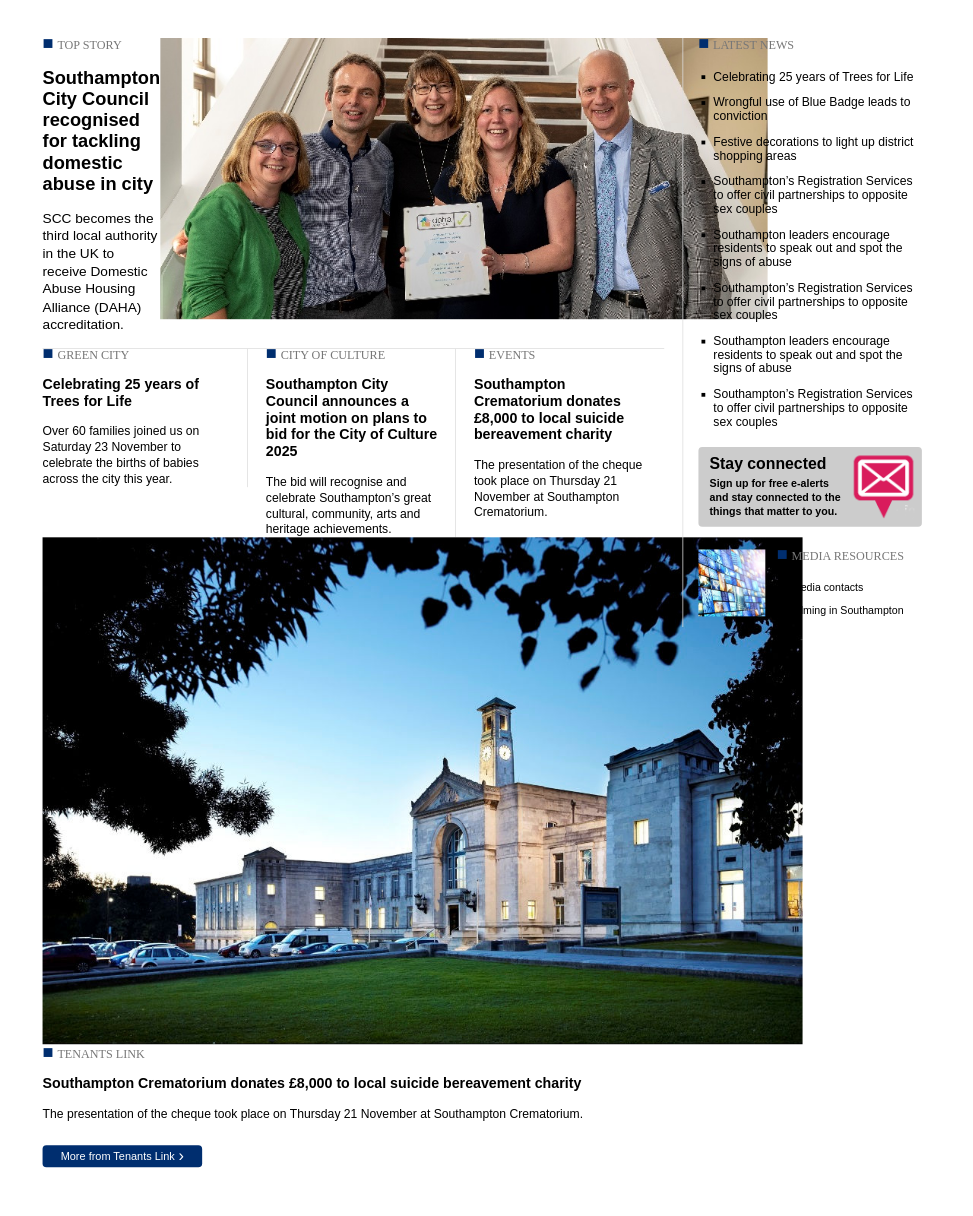
Repository: Domehead123/newspage
Page: news.html
The author's editor kept a record of every edit. The page is drawn from the files as they stood at one moment, then again after the next edit.
The browser window is 1280 px wide. The pictures show the whole page, at 76% of full size.
Some web libraries are served in a nearby version.

Above is the page before.

After the next edit:
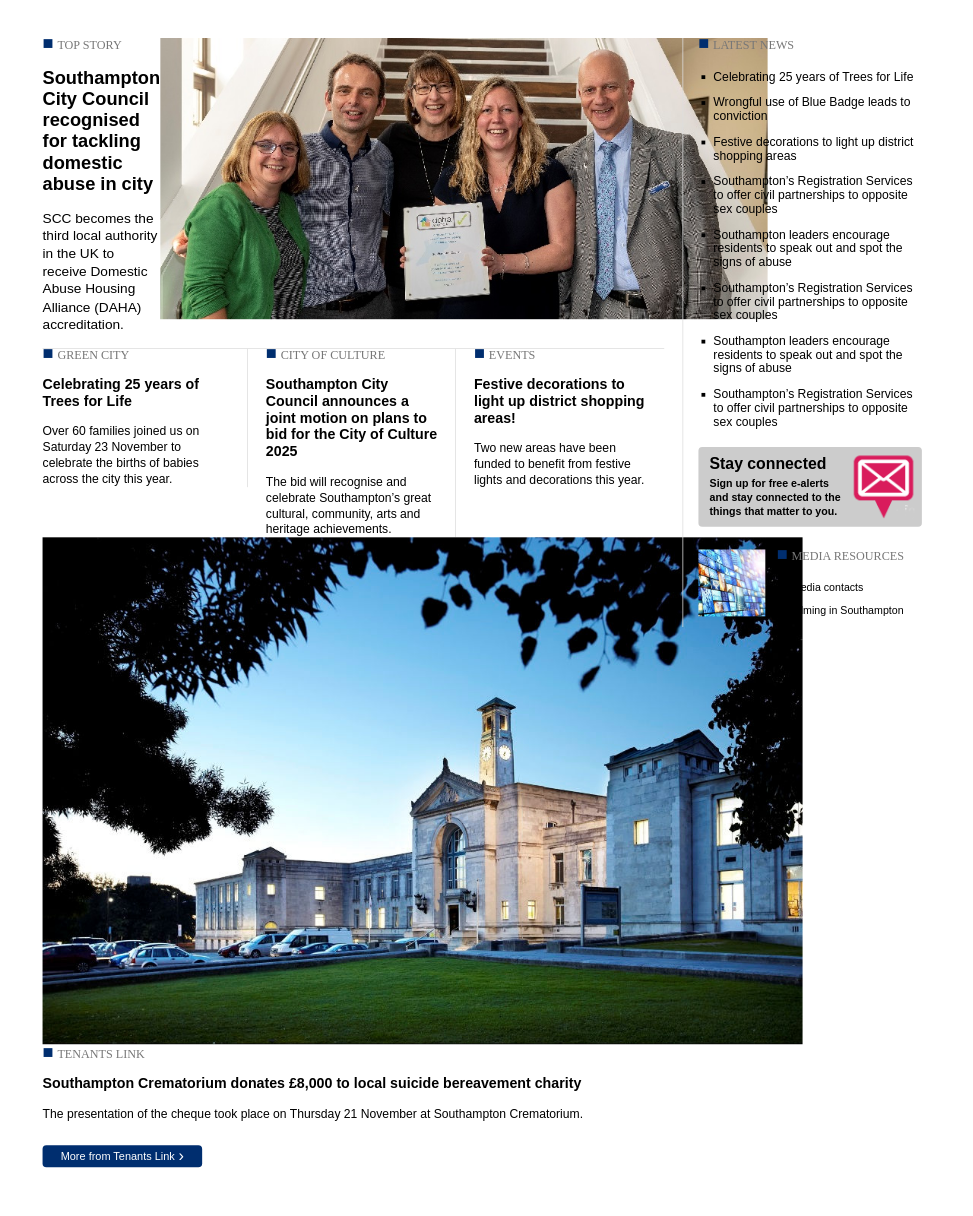
The edit:
--- a/news.html
+++ b/news.html
@@ -53,8 +53,10 @@
                 <div class="topic">
                     <div class="subject-header ">EVENTS</div>
 
-                    <h3><a href="#">Southampton Crematorium donates £8,000 to local suicide bereavement charity</a></h3>
-                    <p><a href="#">The presentation of the cheque took place on Thursday 21 November at Southampton Crematorium.</a></p>
+                    <h3><a href="#">
+Festive decorations to light up district shopping areas!
+ </a></h3>
+                    <p><a href="#">Two new areas have been funded to benefit from festive lights and decorations this year.</a></p>
 
                 </div>
 
